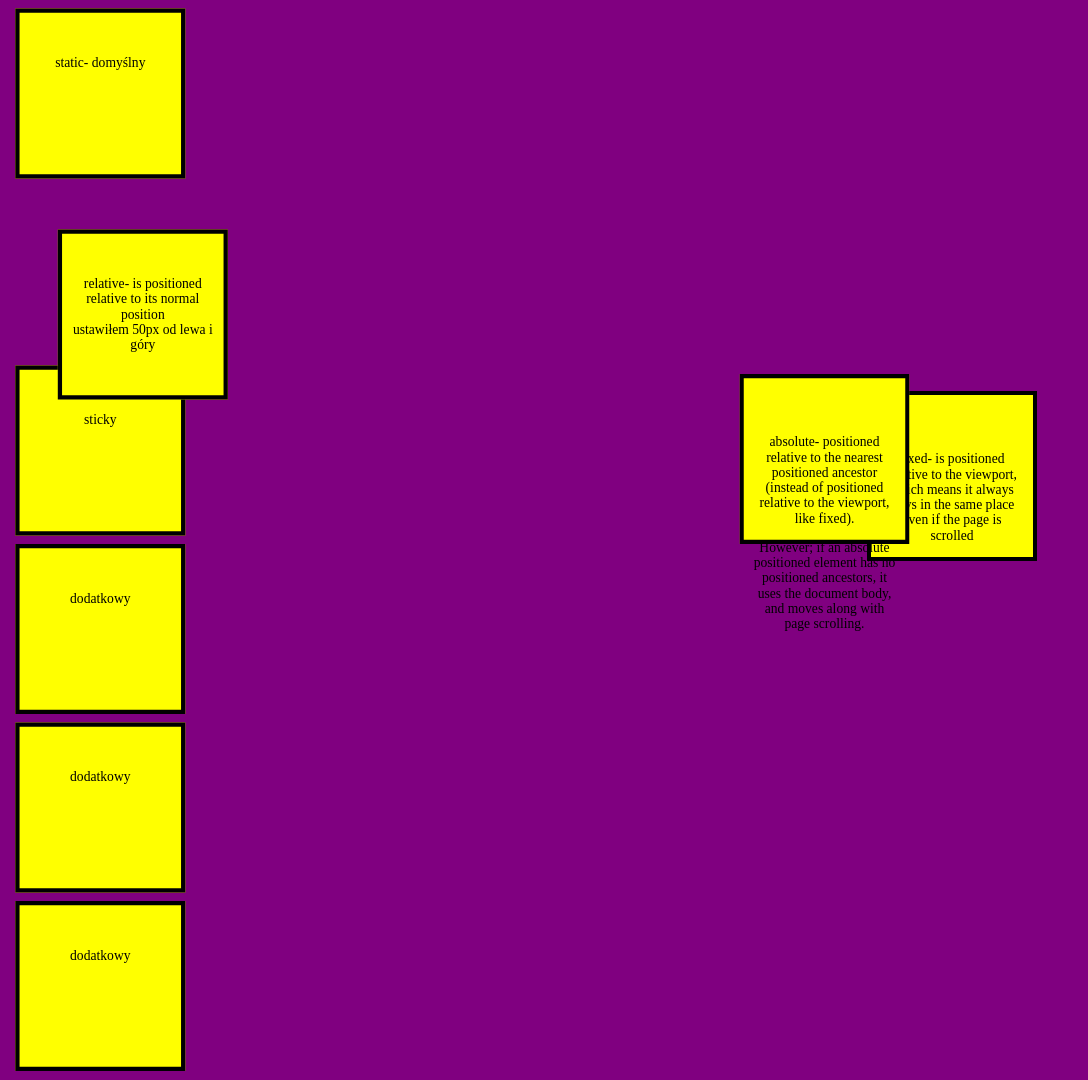
Repository: quenrythane/homepage
Page: CSS positions/CSS-positions.html
The author's editor kept a copy of each file at every save. The page is drawn from the files as they stood at one save, then again after the next save.
The browser window is 1280 px wide. The pictures show the whole page, at 85% of full size.

Above is the page before, as saved 2020-10-11 03:57:53.

### CSS positions/CSS-positions.html
<!DOCTYPE html>
<html lang="en">
<head>
    <meta charset="UTF-8">
    <meta name="viewport" content="width=device-width, initial-scale=1.0">
    <title>CSS-positions</title>
    <link href="CSS-positions.css " rel="stylesheet" type="text/css">
</head>
<body >
    <div class="box static">static- domyślny</div>
    <div class="box relative">relative- is positioned relative to its normal position<br>
    ustawiłem 50px od lewa i góry</div>
    <div class="box fixed">
        <p>fixed- is positioned relative to the viewport, which means it always stays in the same place even if the page is scrolled</p>
        <p>A fixed element does not leave a gap in the page where it would normally have been located</p>
        <p> Czyli ogólnie strona załaduje go w to miejsce jakby strona normalnie się ładowała i na koniec tak jakby przy klei go w to miejsce na ekranie, przez co nawet jak będziemy przewijać stronę to zostanie w tym samym miejscu ekranu (nie zmieni miejsca ani w wysokości ani w szerokośći)</p>
        <p> Chyba, że nadamy mu miejsce w którym ma się znaleźć, wtedy tak jakby nie jest brany pod uwagę w wstępnym layoucie strony, tylko dodawany na sam koniec (ja go ustawię w miejsce w prawym rogu po 50px od krawędzi)</p>
    </div>
    <div class="box absolute">
        <p>absolute- positioned relative to the nearest positioned ancestor (instead of positioned relative to the viewport, like fixed).</p>

       <p> However; if an absolute positioned element has no positioned ancestors, it uses the document body, and moves along with page scrolling.</p>
        </div>
    <div class="box sticky">sticky</div>

    <div class="box">dodatkowy</div>
    <div class="box">dodatkowy</div>
    <div class="box">dodatkowy</div>
</body>
</html>

### CSS positions/CSS-positions.css
body {
    background: purple;
}

.box{
    box-sizing: border-box;
    background: yellow;
    width: 200px;
    height: 200px ;
    margin: 10px;
    text-align: center;
    padding: 10px ;
    padding-top: 50px;
    border: solid black 5px;
}

.static{
    position: static;
}

.relative{
    position: relative;
    left: 50px;
    top: 50px;
}

.fixed{
    position: fixed;
    overflow: scroll;
    right: 50px;
    bottom: 50px;
}

.absolute{
    position: absolute;
    right: 200px;
}

.sticky{

}

After the next save:
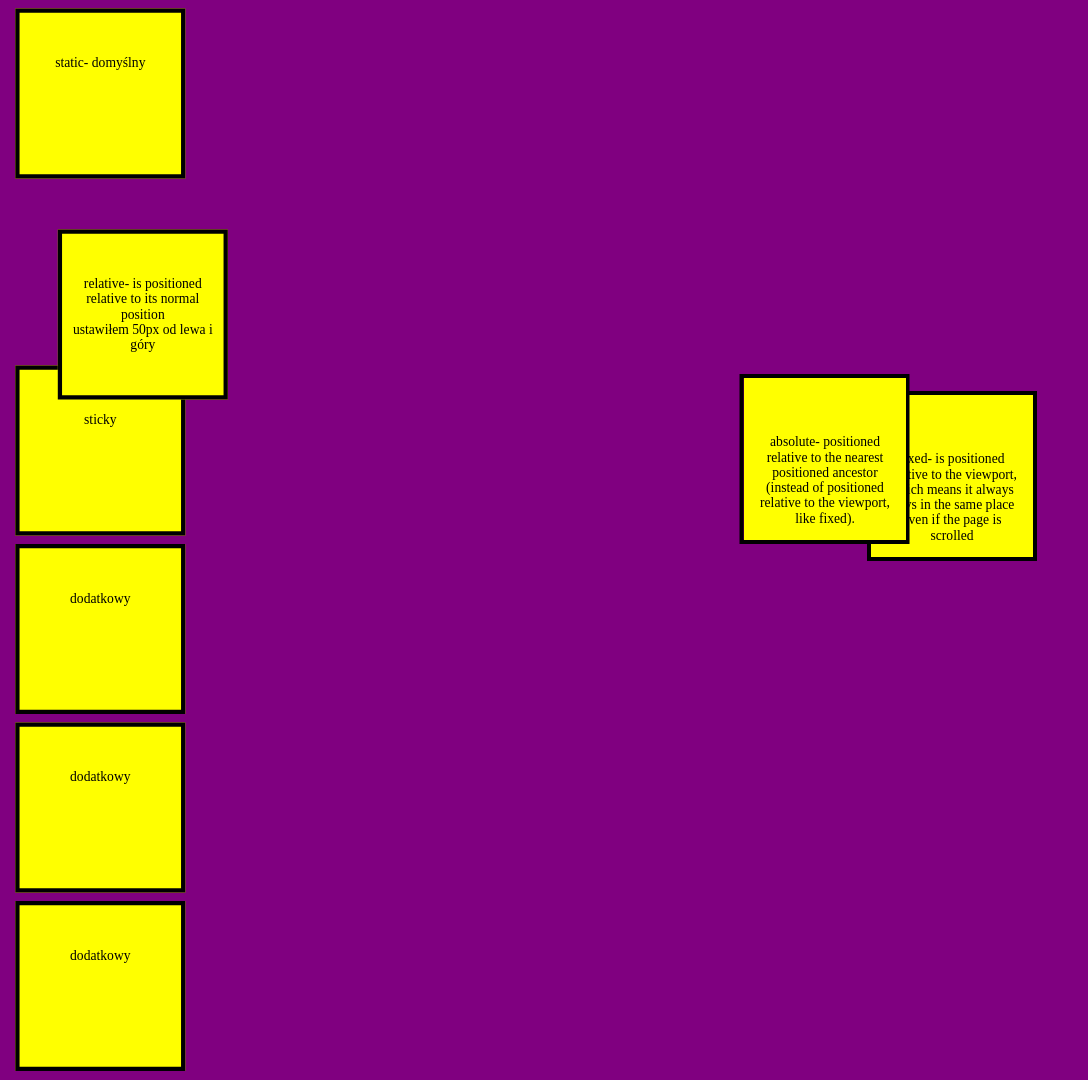
Saved 16 s later.
--- a/CSS positions/CSS-positions.css
+++ b/CSS positions/CSS-positions.css
@@ -12,6 +12,7 @@ body {
     padding: 10px ;
     padding-top: 50px;
     border: solid black 5px;
+    overflow: scroll;
 }
 
 .static{
@@ -26,7 +27,6 @@ body {
 
 .fixed{
     position: fixed;
-    overflow: scroll;
     right: 50px;
     bottom: 50px;
 }
